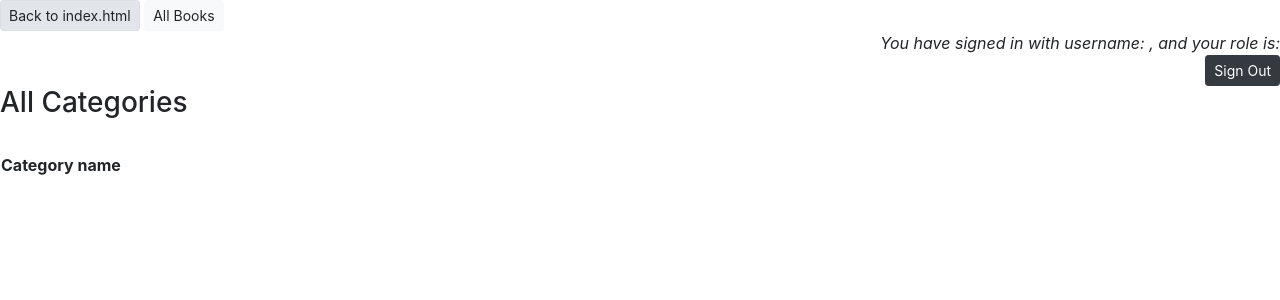
Repository: LiljestromNadja/Backend_s2023_harjoitustyo
Page: http://localhost/cities
An editor plug-in stored every save of this project. The page is shown before and after the next save, followed by the edit.
The browser window is 1280 px wide. The pictures show the whole page.
The page is this project's Thymeleaf template; nobody is signed in. The template is opened directly, without the code that normally fills it, so the values that code supplies are empty.

Above is the page before, as saved 2023-11-09 18:41:04.

After the next save:
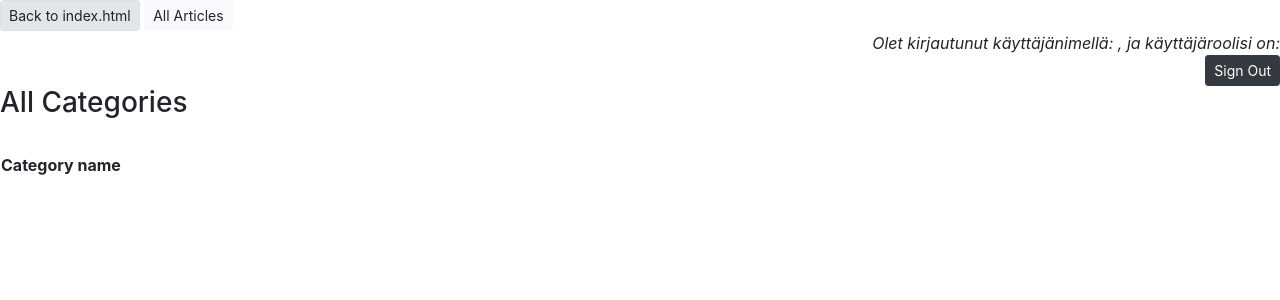
Saved 69 s later.
--- a/harkkas23v01/src/main/resources/templates/cities.html
+++ b/harkkas23v01/src/main/resources/templates/cities.html
@@ -3,22 +3,20 @@
 	<head>
 		<title>Kaupungit</title>
 		<meta http-equiv="Content-Type" content="text/html; charset=UTF-8" />
-		<!-- Bootstrap linkki vaihdettu 30-10-2023 -->
+		<!-- Bootstrap linkki vaihdettu 09-11-2023 -->
 		<link rel="stylesheet" href="https://cdn.jsdelivr.net/npm/bootstrap@4.0.0/dist/css/bootstrap.min.css" integrity="sha384-Gn5384xqQ1aoWXA+058RXPxPg6fy4IWvTNh0E263XmFcJlSAwiGgFAW/dAiS6JXm" crossorigin="anonymous"> <!-- Lisättiin tyyli, bootstrap 4.0 -->
 	</head>
 	<body>
 		<div>
 			<a href="/index"><button class="text-left btn btn-light btn-sm">Back to index.html</button></a>
-
-
-			<a href="/booklist"><button class="text-left btn btn-light btn-sm">All Books</button></a>
+			<a href="/articlelist"><button class="text-left btn btn-light btn-sm">All Articles</button></a>
 		</div>
 
 		<div class="text-right">
-			<i>You have signed in with username: <b sec:authentication="name"></b>,
-				and your role is: <b sec:authentication="principal.authorities"></b></i>
+			<i>Olet kirjautunut käyttäjänimellä: <b sec:authentication="name"></b>,
+				ja käyttäjäroolisi on: <b sec:authentication="principal.authorities"></b></i>
 
-			</br>
+			<br>
 			<form class="text-right" th:action="@{/logout}" method="post">
 				<input type="submit" value="Sign Out" class="btn btn-sm btn-dark" />
 			</form>
